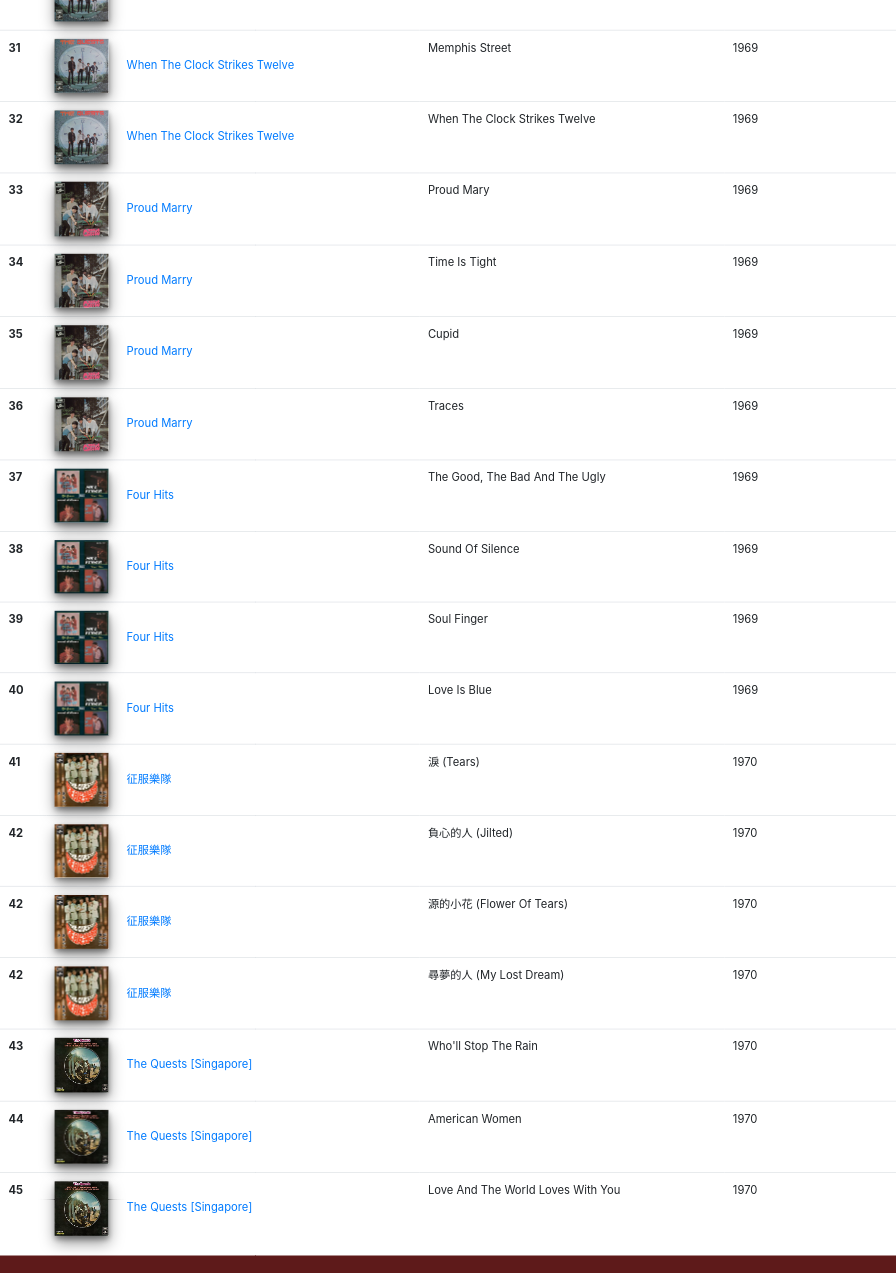
Repository: SamLookingGlass/User-Centric-Frontend-Development-Project
Page: music.html
The author's editor kept a record of every edit. The page is drawn from the files as they stood at one moment, then again after the next edit.
The browser window is 1280 px wide. The pictures show the part of the page from y = 3732 to 5652 px (the page is 5550 px tall before and 5652 px after), at 70% of full size.
Some web libraries are served in a nearby version.

Above is the page before.

After the next edit:
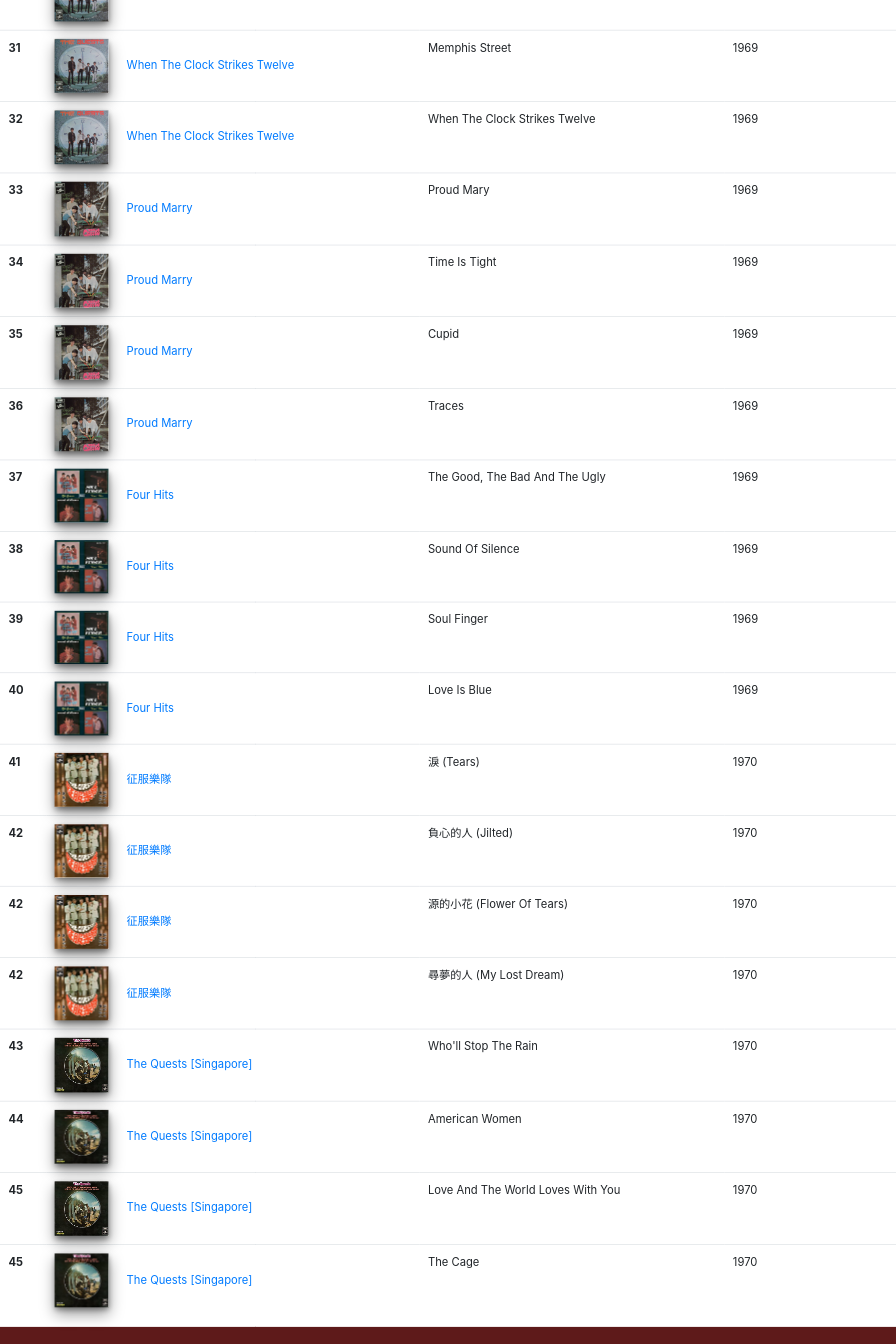
The edit:
--- a/music.html
+++ b/music.html
@@ -375,6 +375,12 @@
           <td>Love And The World Loves With You</td>
           <td>1970</td>
         </tr>
+        <tr>
+          <th scope="row">45</th>
+          <td><a href="http://www.45cat.com/record/sechk649" target="_blank"><img src="images/albums/a14.jpg" alt="Album Cover">The Quests [Singapore]</a></td>
+          <td>The Cage</td>
+          <td>1970</td>
+        </tr>
       </tbody>
     </table>
   </section>
